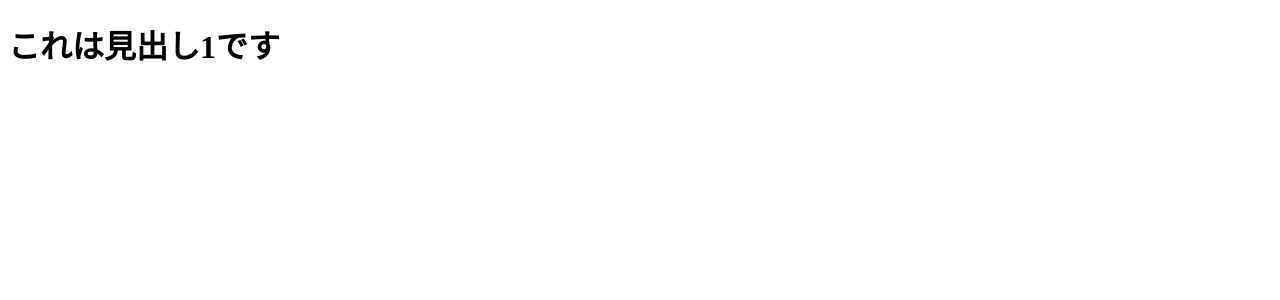
Repository: KustomApe/BlackRabbitTV
Page: 001_HTML/index.html
An editor plug-in stored every save of this project. The page is shown before and after the next save, followed by the edit.
The browser window is 1280 px wide. The pictures show the whole page.

Above is the page before, as saved 2023-11-13 11:34:27.

### 001_HTML/index.html
<!DOCTYPE html>
<!-- Docutment TypeはHTMLです -->
<html lang="ja">
<!-- このHTMLファイルで主に使う言語はJapaneseです -->
<head><!-- 開始タグ -->
    <!-- インデント -->
    <meta charset="UTF-8">
    <meta name="viewport" content="width=device-width, initial-scale=1.0">
    <title>BlackRabbitTV</title>
</head><!-- 終了タグ -->
<body>
    <!-- HTML5 -->
    <!-- 見出し = Heading1, Heading2, Heading3 -->
    <h1>これは見出し1です</h1>
</body>
</html>

After the next save:
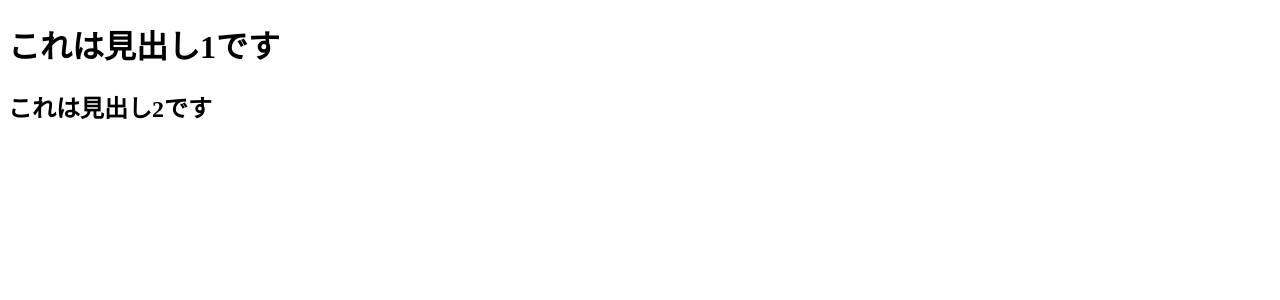
Saved 76 s later.
--- a/001_HTML/index.html
+++ b/001_HTML/index.html
@@ -12,5 +12,6 @@
     <!-- HTML5 -->
     <!-- 見出し = Heading1, Heading2, Heading3 -->
     <h1>これは見出し1です</h1>
+    <h2>これは見出し2です</h2>
 </body>
 </html>
